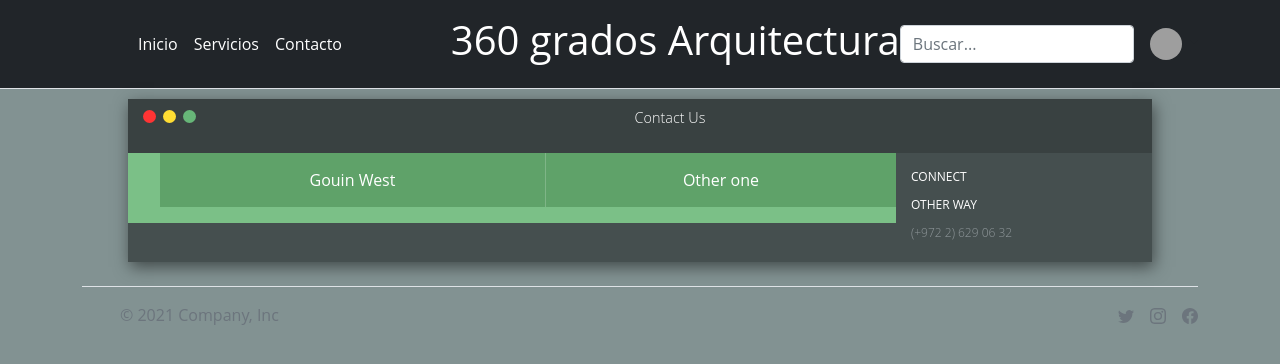
Repository: RaquelAlvarezz/Recuperaci-n-Bootstrap
Page: http://localhost/contacto.php
The author's editor kept a copy of each file at every save. The page is drawn from the files as they stood at one save, then again after the next save.
The browser window is 1280 px wide. The pictures show the whole page.
Pictures or frames that could not be fetched are drawn as grey boxes. The page is run by PHP 8.4 with error messages shown; the project is at /var/www/html/.

Above is the page before, as saved 2022-02-17 12:18:12.

### contacto.php
<!DOCTYPE html>
<html lang="es">
<head>
    <meta charset="UTF-8">
    <meta name="viewport" content="width=device-width, initial-scale=1.0">
    <link href="https://cdn.jsdelivr.net/npm/bootstrap@5.1.3/dist/css/bootstrap.min.css" rel="stylesheet" integrity="sha384-1BmE4kWBq78iYhFldvKuhfTAU6auU8tT94WrHftjDbrCEXSU1oBoqyl2QvZ6jIW3" crossorigin="anonymous">
    <link rel="stylesheet" href="./css/styles.css">
    <link rel="stylesheet" href="./css/estiloscontacto.css">

    <link rel="icon" type="image/jpg" href="./img/bosquejo.png"/>
    <title>360 grados Arquitectura</title>

</head>
<body>

<?php include "header.php"; ?>

<main>

<div class="map">
<div id='browser'>
  <div id='browser-bar'>
    <div class='circles'></div>
    <div class='circles'></div>
    <div class='circles'></div>
    <p>Contact Us</p>
    <span class='arrow entypo-resize-full'></span>
  </div>
  <div id='content'>
    <div id='left'>
      <div ng-app="myApp" ng-controller="gMap">
  <ui-gmap-google-map
    center='map.center'
    zoom='map.zoom' aria-label="Google map">

    <ui-gmap-marker ng-repeat="marker in markers"
      coords="marker.coords" options="marker.options" events="marker.events" idkey="marker.id">
      <ui-gmap-window>
        </div>
            <ul id='location-bar'>
        <li >
          <a href="#" id = 'btnGouin'>Gouin West</a>
        </li>
        <li>
          <a href=#>Other one</a>
        </li>
        </ul>
    </div>

      </ui-gmap-window>
    </ui-gmap-marker>

  </ui-gmap-google-map>

    <div id='right'>
      <p>Connect</p>
      <div id='social'>
        <a href="https://www.facebook.com/Quality-Cuts-Salon-Coiffure-183650908315210/" target="_blank" class='social'>
          <span class='entypo-facebook'></span>
        </a>
        <a class='social'>
          <span class='entypo-twitter'></span>
        </a>
        <a class='social'>
          <span class='entypo-linkedin'></span>
        </a>
        <a class='social'>
          <span class='entypo-gplus'></span>
        </a>
        <a href="https://www.instagram.com/qualitycuts/?hl=en"class='social'>
          <span class='entypo-instagrem'></span>
        </a>
      </div>
      <p>other way</p>
      <p class='other entypo-phone'>(+972 2) 629 06 32</p>
    </div>

    </main>
    <?php include "footer.php"; ?>


</body>
</html>

### header.php

<header class="p-3 bg-dark border-bottom text-white">
        <div class="container">
          <div class="d-flex flex-wrap align-items-center justify-content-center justify-content-lg-start">
            <a href="/" class="d-flex align-items-center mb-2 mb-lg-0 text-white text-decoration-none">
              <svg class="bi me-2" width="40" height="32" role="img" aria-label="Bootstrap"><use xlink:href="#bootstrap"/></svg>
            </a>

            <ul class="nav col-12 col-lg-auto me-lg-auto mb-2 justify-content-center mb-md-0">
              <li><a href="./index.php" class="nav-link px-2  text-white">Inicio</a></li>
              <li><a href="./servicios.php" class="nav-link px-2 text-white">Servicios</a></li>
              <li><a href="./contacto.php" class="nav-link px-2 text-white">Contacto</a></li>

            </ul>
    <div><h1>360 grados Arquitectura </h1></div>
            <form class="col-12 col-lg-auto mb-3 mb-lg-0 me-lg-3">
              <input type="search" class="form-control" placeholder="Buscar..." aria-label="Search">
            </form>

            <div class="dropdown text-end">
              <a href="#" class="d-block link-dark text-decoration-none dropdown-toggle" id="dropdownUser1" data-bs-toggle="dropdown" aria-expanded="false">
                <img src="img/perfil.png" alt="mdo" width="32" height="32" class="rounded-circle">
              </a>
              <ul class="dropdown-menu text-small" aria-labelledby="dropdownUser1">
                <li><a class="dropdown-item" href="#">New project...</a></li>
                <li><a class="dropdown-item" href="#">Settings</a></li>
                <li><a class="dropdown-item" href="#">Profile</a></li>
                <li><hr class="dropdown-divider"></li>
                <li><a class="dropdown-item" href="#">Sign out</a></li>
              </ul>
            </div>
          </div>
        </div>
      </header>

### footer.php
<div class="container">
        <footer class="d-flex flex-wrap justify-content-between align-items-center py-3 my-4 border-top">
          <div class="col-md-4 d-flex align-items-center">
            <a href="/" class="mb-3 me-2 mb-md-0 text-muted text-decoration-none lh-1">
              <svg class="bi" width="30" height="24"><use xlink:href="#bootstrap"/></svg>
            </a>
            <span class="text-muted">&copy; 2021 Company, Inc</span>
          </div>

          <ul class="nav col-md-4 justify-content-end list-unstyled d-flex">
            <li class="ms-3"><a class="text-muted" href="#"><svg xmlns="http://www.w3.org/2000/svg" width="16" height="16" fill="currentColor" class="bi bi-twitter" viewBox="0 0 16 16">
                <path d="M5.026 15c6.038 0 9.341-5.003 9.341-9.334 0-.14 0-.282-.006-.422A6.685 6.685 0 0 0 16 3.542a6.658 6.658 0 0 1-1.889.518 3.301 3.301 0 0 0 1.447-1.817 6.533 6.533 0 0 1-2.087.793A3.286 3.286 0 0 0 7.875 6.03a9.325 9.325 0 0 1-6.767-3.429 3.289 3.289 0 0 0 1.018 4.382A3.323 3.323 0 0 1 .64 6.575v.045a3.288 3.288 0 0 0 2.632 3.218 3.203 3.203 0 0 1-.865.115 3.23 3.23 0 0 1-.614-.057 3.283 3.283 0 0 0 3.067 2.277A6.588 6.588 0 0 1 .78 13.58a6.32 6.32 0 0 1-.78-.045A9.344 9.344 0 0 0 5.026 15z"/>
              </svg></a></li>
            <li class="ms-3"><a class="text-muted" href="#"><svg xmlns="http://www.w3.org/2000/svg" width="16" height="16" fill="currentColor" class="bi bi-instagram" viewBox="0 0 16 16">
                <path d="M8 0C5.829 0 5.556.01 4.703.048 3.85.088 3.269.222 2.76.42a3.917 3.917 0 0 0-1.417.923A3.927 3.927 0 0 0 .42 2.76C.222 3.268.087 3.85.048 4.7.01 5.555 0 5.827 0 8.001c0 2.172.01 2.444.048 3.297.04.852.174 1.433.372 1.942.205.526.478.972.923 1.417.444.445.89.719 1.416.923.51.198 1.09.333 1.942.372C5.555 15.99 5.827 16 8 16s2.444-.01 3.298-.048c.851-.04 1.434-.174 1.943-.372a3.916 3.916 0 0 0 1.416-.923c.445-.445.718-.891.923-1.417.197-.509.332-1.09.372-1.942C15.99 10.445 16 10.173 16 8s-.01-2.445-.048-3.299c-.04-.851-.175-1.433-.372-1.941a3.926 3.926 0 0 0-.923-1.417A3.911 3.911 0 0 0 13.24.42c-.51-.198-1.092-.333-1.943-.372C10.443.01 10.172 0 7.998 0h.003zm-.717 1.442h.718c2.136 0 2.389.007 3.232.046.78.035 1.204.166 1.486.275.373.145.64.319.92.599.28.28.453.546.598.92.11.281.24.705.275 1.485.039.843.047 1.096.047 3.231s-.008 2.389-.047 3.232c-.035.78-.166 1.203-.275 1.485a2.47 2.47 0 0 1-.599.919c-.28.28-.546.453-.92.598-.28.11-.704.24-1.485.276-.843.038-1.096.047-3.232.047s-2.39-.009-3.233-.047c-.78-.036-1.203-.166-1.485-.276a2.478 2.478 0 0 1-.92-.598 2.48 2.48 0 0 1-.6-.92c-.109-.281-.24-.705-.275-1.485-.038-.843-.046-1.096-.046-3.233 0-2.136.008-2.388.046-3.231.036-.78.166-1.204.276-1.486.145-.373.319-.64.599-.92.28-.28.546-.453.92-.598.282-.11.705-.24 1.485-.276.738-.034 1.024-.044 2.515-.045v.002zm4.988 1.328a.96.96 0 1 0 0 1.92.96.96 0 0 0 0-1.92zm-4.27 1.122a4.109 4.109 0 1 0 0 8.217 4.109 4.109 0 0 0 0-8.217zm0 1.441a2.667 2.667 0 1 1 0 5.334 2.667 2.667 0 0 1 0-5.334z"/>
              </svg></a></li>
            <li class="ms-3"><a class="text-muted" href="#"><svg xmlns="http://www.w3.org/2000/svg" width="16" height="16" fill="currentColor" class="bi bi-facebook" viewBox="0 0 16 16">
                <path d="M16 8.049c0-4.446-3.582-8.05-8-8.05C3.58 0-.002 3.603-.002 8.05c0 4.017 2.926 7.347 6.75 7.951v-5.625h-2.03V8.05H6.75V6.275c0-2.017 1.195-3.131 3.022-3.131.876 0 1.791.157 1.791.157v1.98h-1.009c-.993 0-1.303.621-1.303 1.258v1.51h2.218l-.354 2.326H9.25V16c3.824-.604 6.75-3.934 6.75-7.951z"/>
              </svg></a></li>
          </ul>
        </footer>
      </div>

### css/styles.css
body{
    background-image:url(../img/pexels-aleksandar-pasaric-618079.jpg);
}

### css/estiloscontacto.css
body {
    font-family: 'Open Sans', sans-serif;
    font-size: 100%;
    background: #829292;
  }


  .map {
    font-family: 'Open Sans', sans-serif;
    font-size: 100%;
    background: #829292;
  }


  @import url(https://fonts.googleapis.com/css?family=Open+Sans:100,300,400,600);
  @import url(http://weloveiconfonts.com/api/?family=brandico|entypo);
  /* entypo */
  [class*="entypo-"]:before {
    font-family: 'entypo', sans-serif;
    padding-right: 10px;
  }



  *, *:before, *:after {
    margin: 0;
    padding: 0;
    box-sizing: border-box;
    border: 0;
  }

  ul {
    list-style: none;
  }

  a {
    color: white;
    text-decoration: none;
  }

  #browser {
    margin: 10px auto;
    color: white;
    width: 80%;
    -webkit-box-shadow: 2px 5px 15px rgba(0, 0, 0, 0.5);
    -moz-box-shadow: 2px 5px 15px rgba(0, 0, 0, 0.5);
    box-shadow: 2px 5px 15px rgba(0, 0, 0, 0.5);
  }

  #browser-bar {
    background: #394141;
    width: 100%;
    padding: 8px;
    margin: 0 auto;
    font-weight: 300;
    font-size: 0.9em;
    position: relative;
  }
  #browser-bar p {
    text-align: center;
  }
  #browser-bar .circles {
    border-radius: 10px;
    height: 13px;
    width: 13px;
    background: #ff3434;
    float: left;
    margin-left: 7px;
    margin-top: 3px;
  }
  #browser-bar .circles:nth-of-type(2) {
    background: #ffdd33;
  }
  #browser-bar .circles:nth-of-type(3) {
    background: #67b678;
  }

  .arrow {
    position: absolute;
    right: 3px;
    top: 6px;
    font-size: 1.2em;
    color: #8e9699;
  }

  #content {
    background: #454f4f;
  }
  #content:after {
    content: "";
    display: table;
    clear: both;
  }
  #content #left, #content #right {
    height: 100%;
  }
  #content #left {
    float: left;
    width: 75%;
    background: #7BC087;
  }
  @media all and (max-width: 780px) {
    #content #left {
      width: 100%;
    }
  }
  #content #left #map {
    height: 388px;
    position: relative;
    background-image: url("https://f.cl.ly/items/452R3S1440221Z3m372j/israel.png");
    background-size: cover;
  }
  #content #left #map p {
    text-transform: uppercase;
    padding-top: 20px;
    padding-left: 30px;
    font-size: 0.9em;
    font-weight: 600;
  }
  #content #left #map .zoom {
    position: absolute;
    right: 25px;
    top: 25px;
    width: 2px;
    height: 70px;
    background: white;
  }
  #content #left #map .zoom:before, #content #left #map .zoom:after {
    text-align: center;
    font-weight: 600;
    position: absolute;
    color: #7BC087;
    background: white;
    width: 20px;
  }
  #content #left #map .zoom:before {
    content: '+';
    top: -10px;
    right: -8px;
  }
  #content #left #map .zoom:after {
    content: '-';
    bottom: -10px;
    right: -8px;
  }
  #content #left #map .map-locator {
    position: absolute;
    top: 40%;
    left: 30%;
    border-radius: 15px;
    height: 30px;
    width: 30px;
    background: rgba(0, 0, 0, 0.4);
    border: solid 2px white;
  }
  #content #left #map .map-locator:before {
    content: '';
    position: absolute;
    top: 9px;
    left: 9px;
    width: 8px;
    height: 8px;
    background: white;
    border-radius: 5px;
  }
  #content #left #map .map-locator .tooltip {
    position: absolute;
    color: #394141;
    left: 50px;
    top: -10px;
    background: white;
    font-size: 0.8em;
    font-weight: 600;
    -webkit-box-shadow: 1px 1px 2px rgba(0, 0, 0, 0.5);
    -moz-box-shadow: 1px 1px 2px rgba(0, 0, 0, 0.5);
    box-shadow: 1px 1px 2px rgba(0, 0, 0, 0.5);
  }
  #content #left #map .map-locator .tooltip:before {
    content: '';
    position: absolute;
    left: -10px;
    top: 14px;
    border-right: solid white 10px;
    border-top: solid transparent 8px;
    border-bottom: solid transparent 8px;
  }
  #content #left #map .map-locator .tooltip [class*="entypo-"] {
    min-width: 25px;
    display: inline-block;
    text-align: center;
    border-right: solid thin #CCC;
    margin-right: 5px;
  }
  #content #left #map .map-locator .tooltip li {
    border-bottom: solid thin #CCC;
    padding: 10px;
    white-space: nowrap;
  }
  #content #left #map .map-locator .tooltip li a {
    color: #51B2D6;
  }
  #content #left #map .map-locator .tooltip li:hover [class*="entypo-"] {
    color: #51B2D6;
  }
  #content #left ul#location-bar {
    width: 100%;
    text-align: center;
    display: table;
  }
  #content #left ul#location-bar li {
    display: table-cell;
    padding: 15px;
    background: #5FA269;
    border-right: solid thin #7fb587;
  }
  #content #left ul#location-bar li:last-of-type {
    border-right: 0;
  }
  #content #left ul#location-bar li:hover {
    background: #4c8254;
  }
  #content #left ul#location-bar .active {
    background: #4c8254;
  }
  #content #right {
    float: left;
    width: 25%;
    background: #454f4f;
    font-size: 0.75em;
    padding: 15px;
  }
  @media all and (max-width: 780px) {
    #content #right {
      width: 100%;
    }
  }
  #content #right p {
    margin-bottom: 10px;
    text-transform: uppercase;
  }
  #content #right a:hover {
    color: #51B2D6;
  }
  #content #right #social {
    display: table;
    width: 100%;
  }
  #content #right .social {
    display: table-cell;
    text-align: center;
  }
  #content #right form {
    border-top: solid thin #8e9699;
    border-bottom: solid thin #8e9699;
    margin: 20px 0;
    padding: 20px 0;
  }
  #content #right form input,
  #content #right form textarea {
    background: #394141;
    padding: 8px;
    margin-bottom: 8px;
    width: 100%;
    color: white;
  }
  #content #right form input:last-of-type,
  #content #right form textarea:last-of-type {
    margin-bottom: 0;
  }
  #content #right form input[type='submit'],
  #content #right form textarea[type='submit'] {
    text-transform: uppercase;
    background: #7BC087;
    width: 50%;
    color: white;
    margin-top: 5px;
  }
  #content #right form input[type='submit']:hover,
  #content #right form textarea[type='submit']:hover {
    background: #58b068;
    -webkit-box-shadow: 1px 1px 2px rgba(0, 0, 0, 0.5);
    -moz-box-shadow: 1px 1px 2px rgba(0, 0, 0, 0.5);
    box-shadow: 1px 1px 2px rgba(0, 0, 0, 0.5);
  }
  #content #right form input[type='textarea'],
  #content #right form textarea[type='textarea'] {
    min-height: 75px;
    vertical-align: text-top;
  }
  #content #right p.other {
    font-size: 0.7;
    margin-bottom: 5px;
    text-transform: lowercase;
    font-weight: 100;
  }
  #content #right p.other,
  #content #right p.other a {
    color: #8e9699;
  }

  .intrinsic-container {
    position: relative;
    height: 0;
    overflow: hidden;
  }

  /* 16x9 Aspect Ratio */
  .intrinsic-container-16x9 {
    padding-bottom: 56.25%;
  }

  /* 4x3 Aspect Ratio */
  .intrinsic-container-4x3 {
    padding-bottom: 75%;
  }

  .intrinsic-container iframe {
    position: absolute;
    top: 0;
    left: 0;
    width: 100%;
    height: 100%;
  }




  .angular-google-map-container {
    height: 100vh;
  }

After the next save:
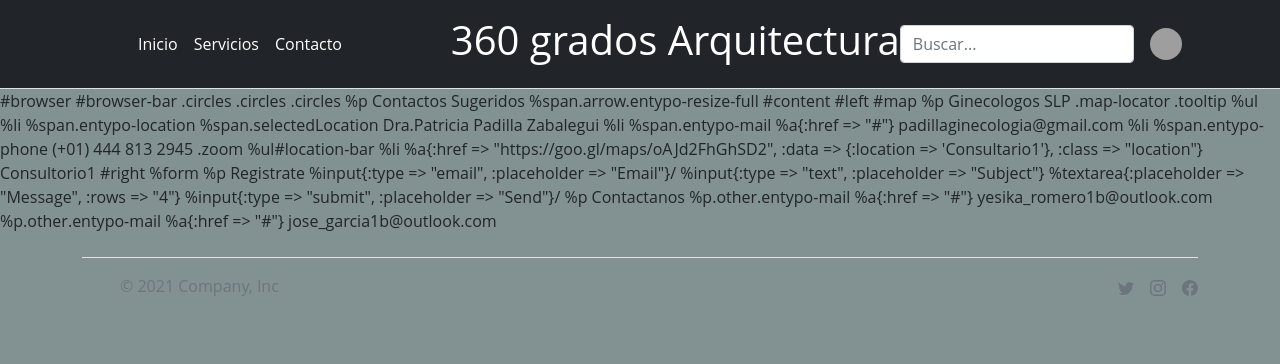
Saved 72 s later.
--- a/contacto.php
+++ b/contacto.php
@@ -17,64 +17,50 @@
 
 <main>
 
-<div class="map">
-<div id='browser'>
-  <div id='browser-bar'>
-    <div class='circles'></div>
-    <div class='circles'></div>
-    <div class='circles'></div>
-    <p>Contact Us</p>
-    <span class='arrow entypo-resize-full'></span>
-  </div>
-  <div id='content'>
-    <div id='left'>
-      <div ng-app="myApp" ng-controller="gMap">
-  <ui-gmap-google-map
-    center='map.center'
-    zoom='map.zoom' aria-label="Google map">
+#browser
+  #browser-bar
+    .circles
+    .circles
+    .circles
+    %p Contactos Sugeridos
+    %span.arrow.entypo-resize-full
+  #content
+    #left
+      #map
+        %p Ginecologos SLP
+        .map-locator
+          .tooltip
+            %ul
+              %li
+                %span.entypo-location
+                %span.selectedLocation Dra.Patricia Padilla Zabalegui
+              %li
+                %span.entypo-mail
+                %a{:href => "#"} padillaginecologia@gmail.com
+              %li
+                %span.entypo-phone
+                (+01) 444 813 2945
+        .zoom
+      %ul#location-bar
+        %li
+          %a{:href => "https://goo.gl/maps/oAJd2FhGhSD2",
+          :data => {:location => 'Consultario1'},
+          :class => "location"} Consultorio1
+    #right
+      %form
+        %p Registrate
+        %input{:type => "email", :placeholder => "Email"}/
+        %input{:type => "text", :placeholder => "Subject"}
 
-    <ui-gmap-marker ng-repeat="marker in markers"
-      coords="marker.coords" options="marker.options" events="marker.events" idkey="marker.id">
-      <ui-gmap-window>
-        </div>
-            <ul id='location-bar'>
-        <li >
-          <a href="#" id = 'btnGouin'>Gouin West</a>
-        </li>
-        <li>
-          <a href=#>Other one</a>
-        </li>
-        </ul>
-    </div>
+        %textarea{:placeholder => "Message", :rows => "4"}
 
-      </ui-gmap-window>
-    </ui-gmap-marker>
+        %input{:type => "submit", :placeholder => "Send"}/
 
-  </ui-gmap-google-map>
-
-    <div id='right'>
-      <p>Connect</p>
-      <div id='social'>
-        <a href="https://www.facebook.com/Quality-Cuts-Salon-Coiffure-183650908315210/" target="_blank" class='social'>
-          <span class='entypo-facebook'></span>
-        </a>
-        <a class='social'>
-          <span class='entypo-twitter'></span>
-        </a>
-        <a class='social'>
-          <span class='entypo-linkedin'></span>
-        </a>
-        <a class='social'>
-          <span class='entypo-gplus'></span>
-        </a>
-        <a href="https://www.instagram.com/qualitycuts/?hl=en"class='social'>
-          <span class='entypo-instagrem'></span>
-        </a>
-      </div>
-      <p>other way</p>
-      <p class='other entypo-phone'>(+972 2) 629 06 32</p>
-    </div>
-
+      %p Contactanos
+      %p.other.entypo-mail
+        %a{:href => "#"} yesika_romero1b@outlook.com
+      %p.other.entypo-mail
+        %a{:href => "#"} jose_garcia1b@outlook.com
     </main>
     <?php include "footer.php"; ?>
 
